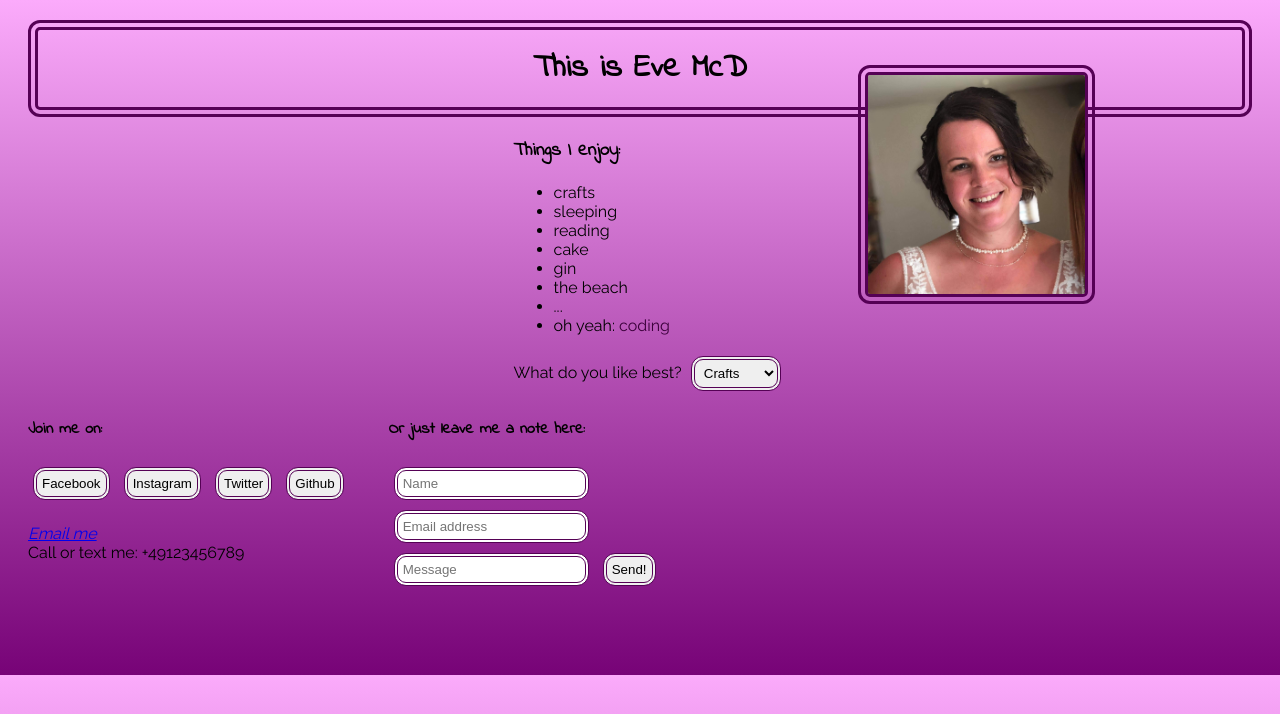
Repository: evemcd/Strive-Ignite-W1
Page: index.html
The author's editor kept a copy of each file at every save. The page is drawn from the files as they stood at one save, then again after the next save.
The browser window is 1280 px wide. The pictures show the whole page.

Above is the page before, as saved 2021-01-17 22:48:17.

After the next save:
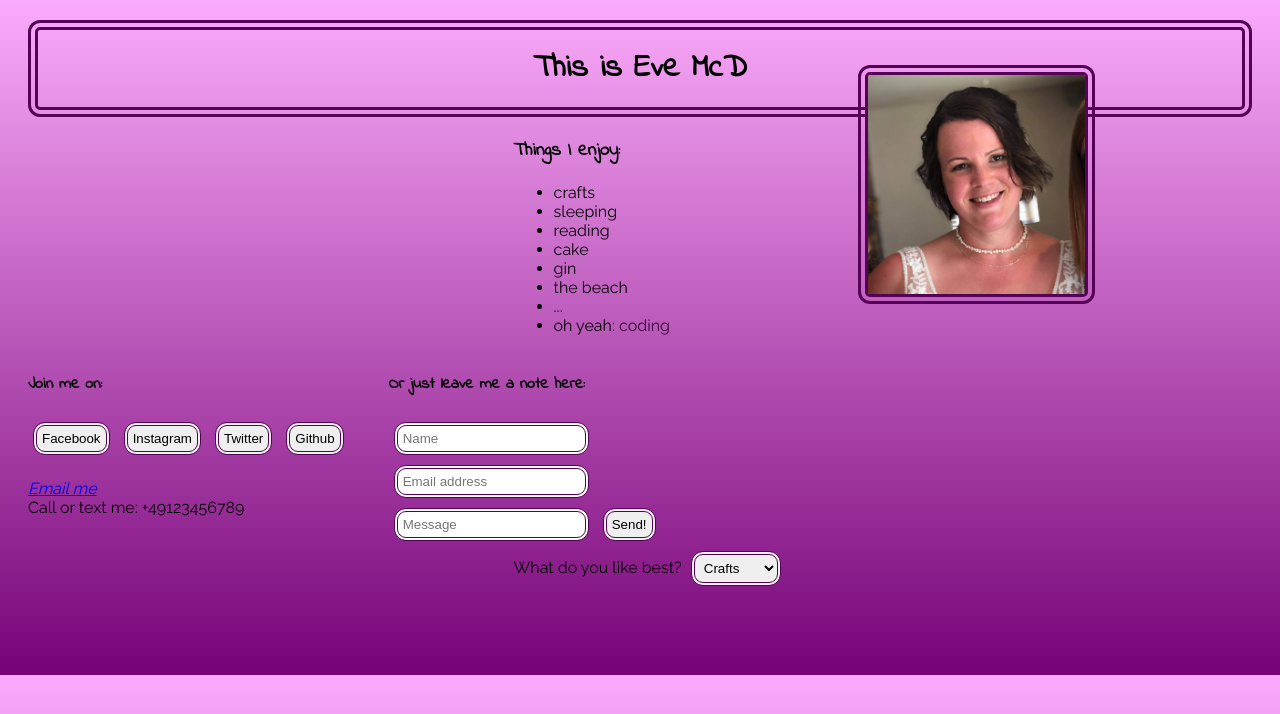
Saved 115 s later.
--- a/index.html
+++ b/index.html
@@ -30,19 +30,6 @@
             <li>oh yeah: <span style="color: rgb(59, 0, 59);">coding</span></li>
         </ul>
     </div>
-
-    <div class="hobbies">
-        <label for="hobbies">What do you like best?</label>
-        <select name="hobbies" id="hobbies" class="socialbutton">
-            <option value="crafts">Crafts</option>
-            <option value="sleeping">Sleeping</option>
-            <option value="reading">Reading</option>
-            <option value="cake">Cake</option>
-            <option value="gin">Gin</option>
-            <option value="beach">Beach</option>
-            <option value="coding">Coding</option>
-        </select>
-    </div>
     <div class="container">
         <div class="div1">
             <h4>Join me on:</h4>
@@ -67,6 +54,17 @@
             </form>
         </div>
     </div>
+    <div class="hobbies">
+        <label for="hobbies">What do you like best?</label>
+        <select name="hobbies" id="hobbies" class="socialbutton">
+            <option value="crafts">Crafts</option>
+            <option value="sleeping">Sleeping</option>
+            <option value="reading">Reading</option>
+            <option value="cake">Cake</option>
+            <option value="gin">Gin</option>
+            <option value="beach">Beach</option>
+            <option value="coding">Coding</option>
+        </select>
     </div>
     <br><br><br><br>
 
